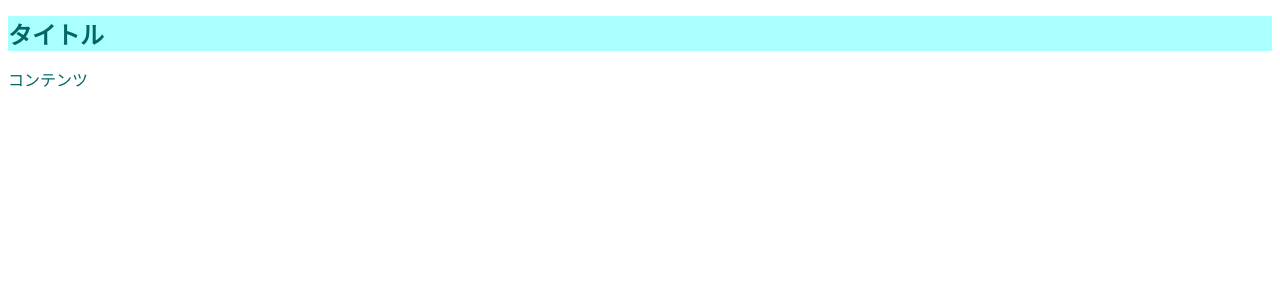
Repository: k-saito-256/test
Page: http://localhost/
The author's editor kept a record of every edit. The page is drawn from the files as they stood at one moment, then again after the next edit.
The browser window is 1280 px wide. The pictures show the whole page.
The page is served by the project's Node server (app.js).

Above is the page before.
Not found: js/main.js

### views/hello.ejs
<!DOCTYPE html>
<html lang="ja">
<head>
    <meta http-equiv="content-type" content="text/html; charset=UTF-8">
    <title> <%= title %> </title>
    <link rel="stylesheet" type="text/css" href="css/main.css" />
    <script type="text/javascript" src="js/main.js"></script>
    <script type="text/javascript" src="js/jquery-2.1.1.min.js"></script>
</head>

<body>
    <header>
        <h1 id="h1"> <%=title %></h1>
    </header>
    <div role="main">
        <p><%-content %></p>
    </div>
</body>

</html>

### app.js

var express = require('express');

var app = express();

app.set('view engine', 'ejs');

app.use(express.static('public'));

app.get('/', function (req, res) {
    var name = req.param("name");
    res.render('hello.ejs', {
		title: "タイトル",
		content: "コンテンツ",
		name: name
	});

    res.end();
})

var server = app.listen(process.env.PORT || 3000, process.env.IP || "0.0.0.0", function () {
    var host = server.address().address
    var port = server.address().port
    console.log('Example app listening at http://%s:%s', host, port)
    console.log(__dirname)

})


/*var express = require('express')
var http = require('http');

var app = express();
app.set('title', 'My Site');
app.get('/', function(req, res){
  console.log(req)
  res.send('hello world');
});

var server = http.createServer(app);

server.listen(8080);
*/

### public/css/main.css
    body { font-size:12pt; color:#006666; }
    h1 { font-size:18pt; background-color:#AAFFFF; }
    pre { background-color:#EEEEEE; }

Loaded but not shown: public/js/jquery-2.1.1.min.js (library)

After the next edit:
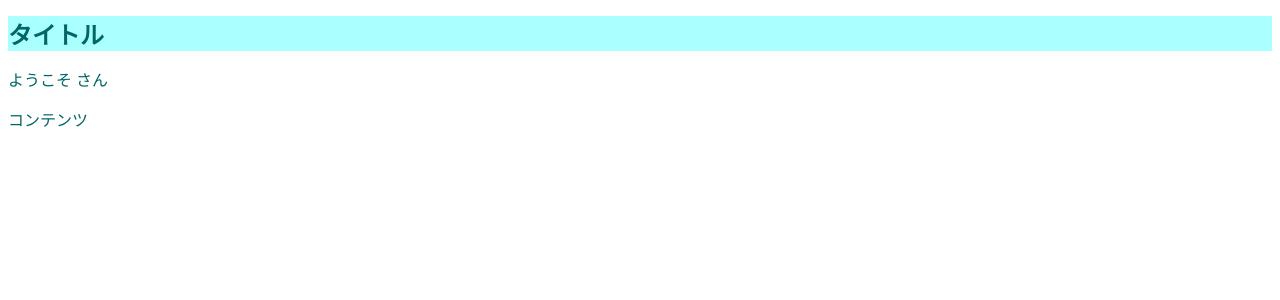
The edit:
--- a/views/hello.ejs
+++ b/views/hello.ejs
@@ -9,8 +9,10 @@
 </head>
 
 <body>
+
     <header>
         <h1 id="h1"> <%=title %></h1>
+        <p>ようこそ <%-name %> さん</p>
     </header>
     <div role="main">
         <p><%-content %></p>
